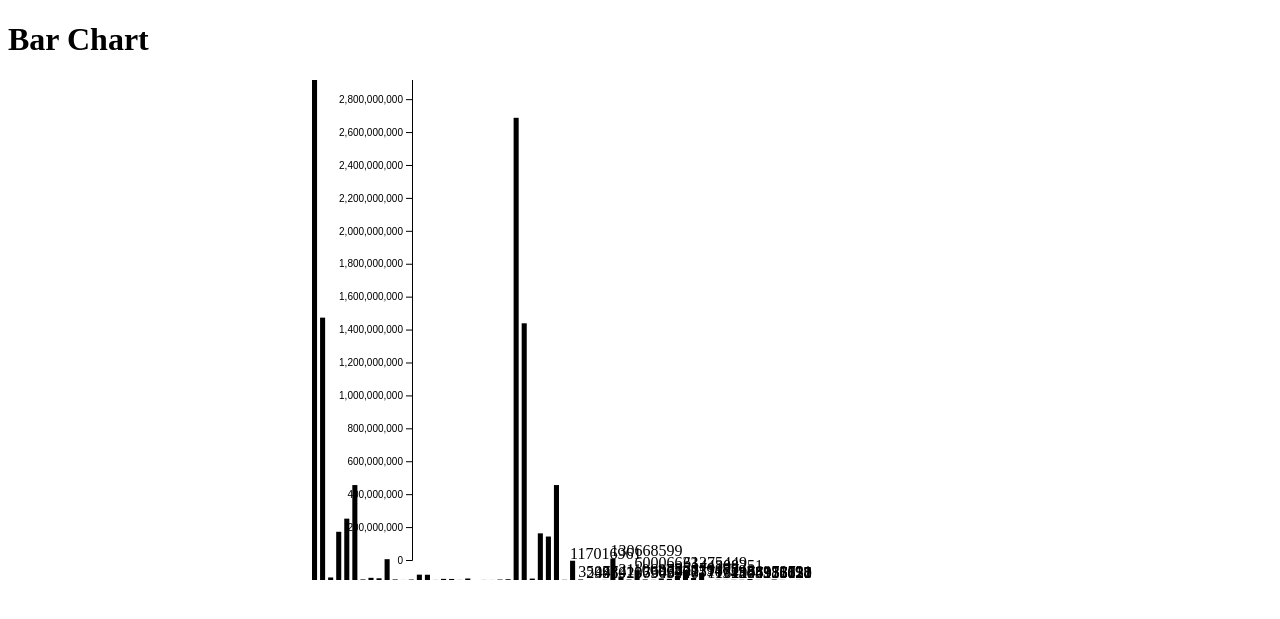
Repository: komalharjani/d3js-visualisation
Page: index.html
An editor plug-in stored every save of this project. The page is shown before and after a run of saves, followed by the edit.
The browser window is 1280 px wide. The pictures show the whole page.

Above is the page before, as saved 2020-04-29 18:17:58.

### index.html
<!DOCTYPE html>
<html lang="en">
<head>
    <meta charset="UTF-8">
    <meta name="viewport" content="width=device-width, initial-scale=1.0">
    <title>Information Visualisation Practical 3</title>
</head>
<body>
    <div id="barChart"></div>
    <h1>Bar Chart</h1>
    <svg></svg>

</body>
<script src="https://d3js.org/d3.v5.min.js"></script>
<script src="index.js"></script>
</html>

### index.js

let dataPath = "data/energy.csv";
d3.csv(dataPath)
        .then(function (data) {

                let finals = [];

                //Filter Data into new object
                for (let i = 0; i < data.length; i++) {
                        if (data[i].region == "Combined" && data[i].year == 1990) {
                                finals.push({
                                        amount: parseInt(data[i].amount),
                                        type: data[i].type,
                                })
                        }
                }
                console.log(finals);

                let width = 500;
                let height = 500;
                let margin = {
                        top: 20,
                        right: 20,
                        bottom: 20,
                        left: 50
                };
                let barwidth = (width / finals.length);

                //Append to HTML Document
                let svg = d3.select("body")
                        .append("svg")
                        .attr("height", height)
                        .attr("width", width);

                //Scales
                let xscale = d3.scaleLinear()
                        .domain([0, d3.max(finals, d => d.amount)])
                        .range([0, height]);

                let yscale = d3.scaleLinear()
                        .domain([0, d3.max(finals, d => d.amount)])
                        .range([width, 0]);

                // text scales
                // let yscale = d3.scaleBand()
                // .domain(data.map(d => d.type))
                // .range(0, width);

                //Axis

                let y_axis = d3.axisLeft()
                        .scale(yscale);

                svg.append("g")
                        .attr("transform", "translate(100,-20)")
                        .call(y_axis)


                //X Axis
                let x_axis = d3.axisBottom()
                        .scale(xscale);
                let xAxisTranslate = height + 20;
                svg.append("g")
                        .attr("transform", "translate(100, " + xAxisTranslate + ")")
                        .call(x_axis)


                //Barchart
                let barChart = svg.selectAll("rect") //add rectangles to all data
                        .data(finals) //provide finals as dataset
                        .enter()
                        .append("rect")
                        .attr("y", function (d) {
                                return height - xscale(d.amount);
                        })
                        .attr("height", function (d) {
                                return xscale(d.amount);
                        })
                        .attr("width", barwidth - 3)
                        //problem is here with displaying axis and
                        .attr("transform", function (d, i) {
                                let translate = [barwidth * i, 0];
                                return "translate(" + translate + ")";
                        })
                        .attr("fill", 'black');

                // Barchart Text
                let text = svg.selectAll("text")
                        .data(finals)
                        .enter()
                        .append("text")
                        .text(function (d) {
                                return d.amount;
                        })
                        .attr("y", function (d, i) {
                                return height - xscale(d.amount) - 2;
                        })
                        .attr("x", function (d, i) {
                                return barwidth * i;
                        })

        });

After the next 2 saves:
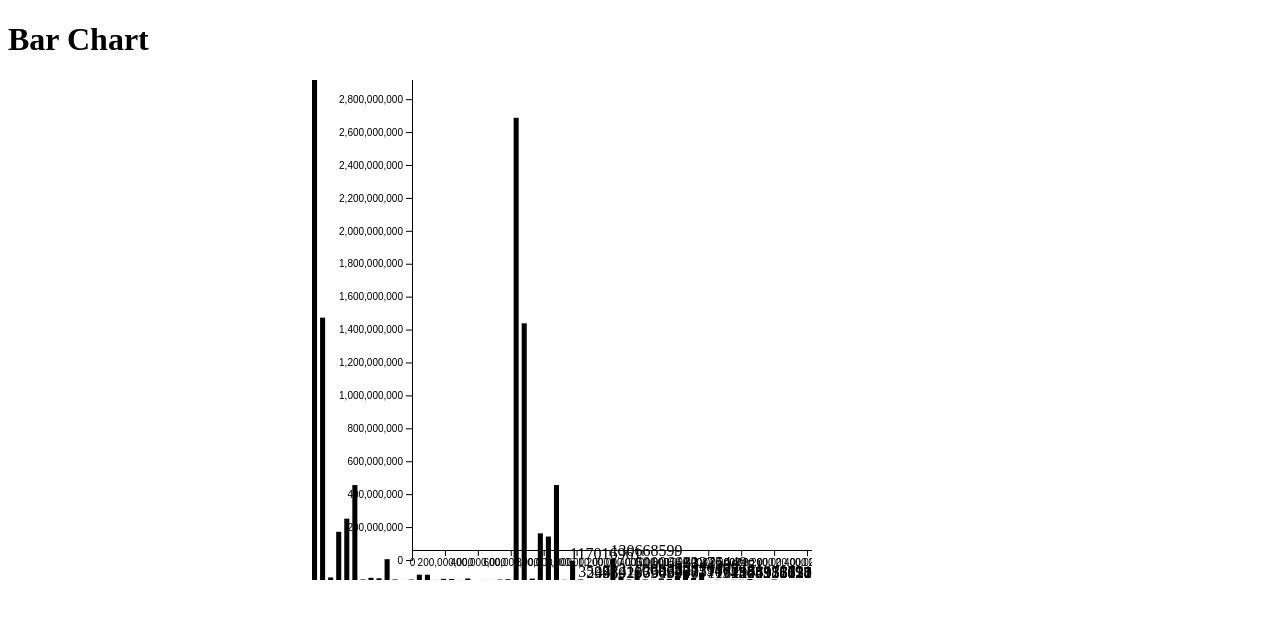
The 2 saves are shown as one change because they came seconds apart.
The last was saved 8 s later.
--- a/index.js
+++ b/index.js
@@ -59,7 +59,7 @@ d3.csv(dataPath)
                 //X Axis
                 let x_axis = d3.axisBottom()
                         .scale(xscale);
-                let xAxisTranslate = height + 20;
+                let xAxisTranslate = height - 30;
                 svg.append("g")
                         .attr("transform", "translate(100, " + xAxisTranslate + ")")
                         .call(x_axis)
